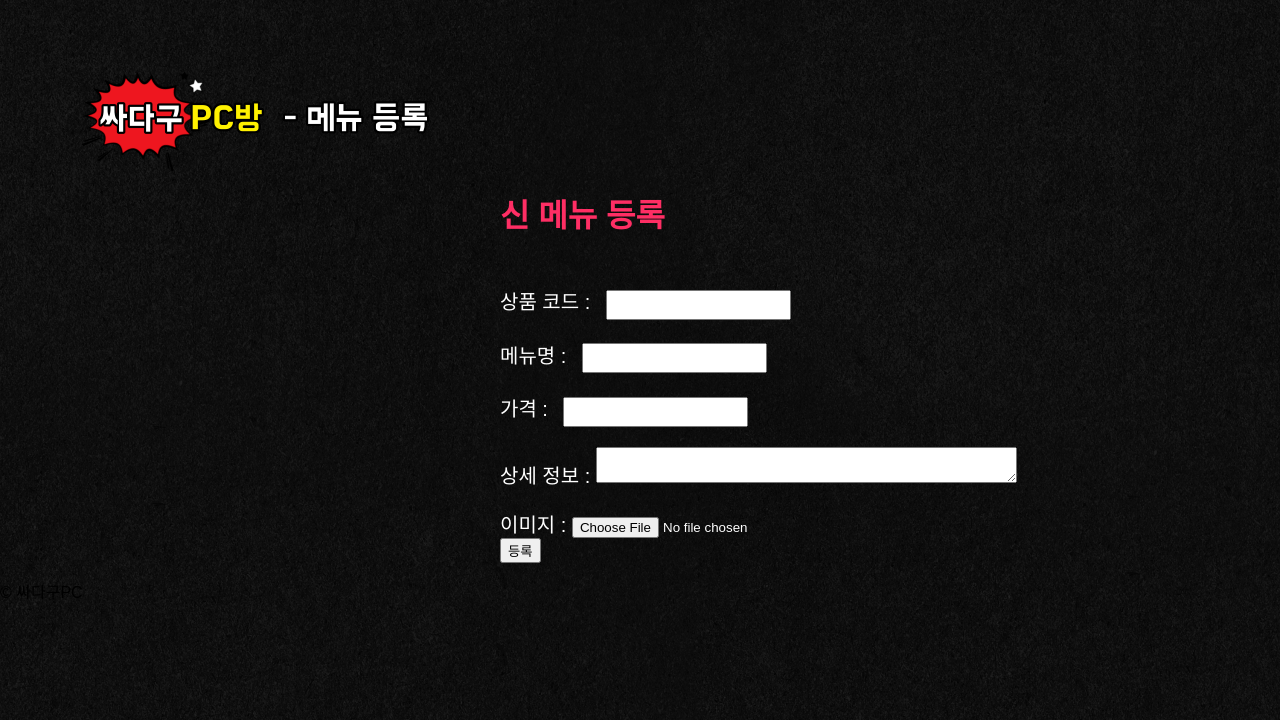
Repository: lkwoung/webProject-assignment
Page: http://localhost/CheapPC/addMenu.jsp
The author's editor kept a copy of each file at every save. The page is drawn from the files as they stood at one save, then again after the next save.
The browser window is 1280 px wide. The pictures show the whole page.
Some web fonts or font styles are not loaded; a fallback is used. The page is served by Tomcat 9. Other server files are loaded and not shown.

Above is the page before, as saved 2020-12-13 15:18:55.

### CheapPC/WebContent/addMenu.jsp
<%@ page contentType="text/html; charset=utf-8" %>
<html>

<head>
<link href="https://fonts.googleapis.com/earlyaccess/hanna.css" rel="stylesheet" type="text/css" />
<link rel="stylesheet" href="css/addMenu.css">
<title>메뉴 추가</title>
</head>
<body>
<div style="margin-top:190px; margin-left:500px;" >
<h1 style="color:#FE2E64; margin-bottom:50px;">신 메뉴 등록 </h1>
	<form name = "newProduct" action="./processAddBook.jsp" method = "post">
	<div style="color:#fff; font-size:20px;">
		<label >상품 코드  :</label>
			<input type="text" style="margin-left:10px; height:30px; margin-bottom:20px;"name="FoodId" class="form-control">
	</div>
<div style="color:#fff; font-size:20px;">
		<label >메뉴명  :</label>
			<input type="text" style="margin-left:10px; height:30px;margin-bottom:20px;"name="name" class="form-control">
	</div>

	<div style="color:#fff; font-size:20px;">
		<label >가격 : </label>

			<input type="text" style="margin-left:10px; height:30px; margin-bottom:20px;"name="price" class="form-control">

	</div>

	<div style="color:#fff; font-size:20px; margin-bottom:20px;" >
	<label >상세 정보 : </label>
	<textarea name = "description" cols="50" rows="2"></textarea>
	</div>


	<div style="color:#fff; font-size:20px;" >
		<label >이미지 : </label>

			<input type = "file" name = "productImage" class="form-control">
	</div>


	<div class="form-group row">
		<div class = "col-sm-offset-2 col-sm-10">
			<input type="submit" name="btn btn-primary" value="등록">
		</div>
	</div>


	</form>
</div>



<footer class="container">
<p>&copy; 싸다구PC</p>
</footer>
</body>

</html>

### CheapPC/WebContent/css/addMenu.css
body
{
	background: url(image/menu.png) no-repeat center center fixed;
	-webkit-background-size: cover;
	-moz-background-size: cover;
	-o-background-size: cover;
	background-size: cover;
    margin: 0;
    font-size: 16px;
    font-family:'Hanna', sans-serif;
    -webkit-font-smoothing: antialiased;
}

After the next save:
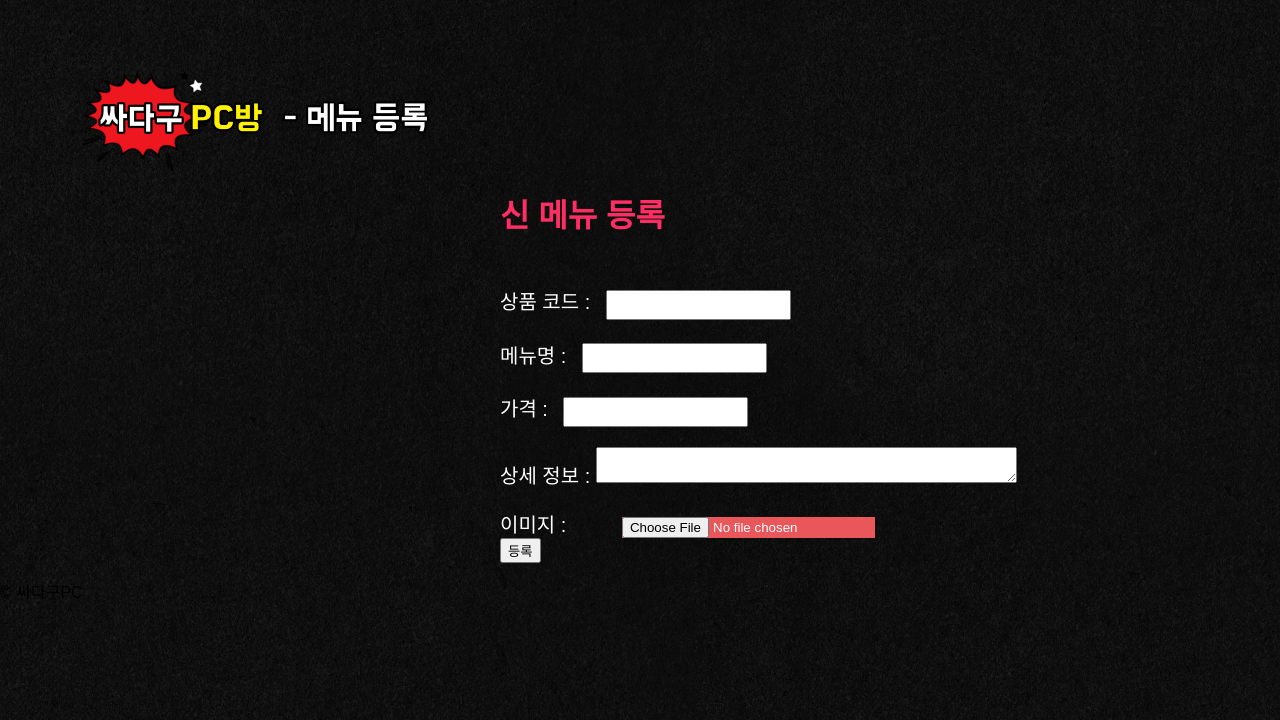
Saved 2 min 2 s later.
--- a/CheapPC/WebContent/addMenu.jsp
+++ b/CheapPC/WebContent/addMenu.jsp
@@ -35,7 +35,7 @@
 	<div style="color:#fff; font-size:20px;" >
 		<label >이미지 : </label>
 
-			<input type = "file" name = "productImage" class="form-control">
+			<input type = "file" style="background:#EA575B; margin-left:50px; color:#fff;border:none; font-family:'Hanna', sans-serif;name = "productImage" class="form-control">
 	</div>
 
 
